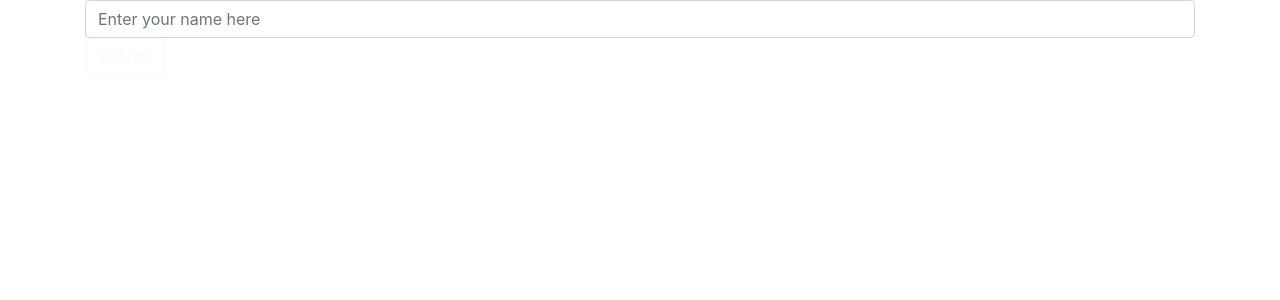
Repository: GovindParve/spring_mvc_maven_demo_one_project
Page: http://localhost/springmvcexample/home
These files come from the project's save history. The page is drawn as it stood at one moment and after the next save; the edit follows.
The browser window is 1280 px wide. The pictures show the whole page.
Some web libraries are served in a nearby version. The page is served by Tomcat 9. Other server files are loaded and not shown.

Above is the page before, as saved 2023-06-18 19:25:43.

### springmvcexample/src/main/webapp/WEB-INF/spring-servlet.xml
<?xml version="1.0" encoding="UTF-8"?>

<!-- Configuration file -->

<beans xmlns="http://www.springframework.org/schema/beans"
	xmlns:xsi="http://www.w3.org/2001/XMLSchema-instance"
	xmlns:context="http://www.springframework.org/schema/context"
	xmlns:p="http://www.springframework.org/schema/p"
	xmlns:tx="http://www.springframework.org/schema/tx"
	xmlns:mvc="http://www.springframework.org/schema/mvc"
    xsi:schemaLocation="
        http://www.springframework.org/schema/beans
        http://www.springframework.org/schema/beans/spring-beans.xsd
        http://www.springframework.org/schema/context
        http://www.springframework.org/schema/context/spring-context.xsd
        http://www.springframework.org/schema/tx
        http://www.springframework.org/schema/tx/spring-tx.xsd
        http://www.springframework.org/schema/mvc
        http://www.springframework.org/schema/mvc/spring-mvc.xsd
        ">


	<context:component-scan base-package="springmvcexample" />

	<!-- <mvc:annotation-driven />
	<mvc:resources location="/WEB-INF/resources/" mapping="/resources/**" /> -->


	<bean
		 class="org.springframework.web.servlet.view.InternalResourceViewResolver"
		 name="viewResolver">
		<property name="prefix" value="/WEB-INF/views/" />
		<property name="suffix" value=".jsp" />
	</bean>

	<!-- Configuring  Multipart Resolver -->
	<!-- <bean
		 class="org.springframework.web.multipart.commons.CommonsMultipartResolver"
		 name="multipartResolver">
		 <property name="maxUploadSize" value="2097152"></property>
	</bean> -->



</beans>

### springmvcexample/src/main/webapp/WEB-INF/views/home.jsp
<%@ taglib prefix="c" uri="http://java.sun.com/jsp/jstl/core" %>
<!doctype html>
<html lang="en">
  <head>
    <!-- Required meta tags -->
    <meta charset="utf-8">
    <meta name="viewport" content="width=device-width, initial-scale=1, shrink-to-fit=no">

    <!-- Bootstrap CSS -->
    <link rel="stylesheet"
    	 href="https://cdn.jsdelivr.net/npm/bootstrap@4.0.0/dist/css/bootstrap.min.css"
    	 integrity="sha384-Gn5384xqQ1aoWXA+058RXPxPg6fy4IWvTNh0E263XmFcJlSAwiGgFAW/dAiS6JXm"
    	 crossorigin="anonymous">


    <title>Hello, world!</title>
  </head>
  <body>
    <div class="container">
    	<form action="welcome">
    		<input type="text" name="user" placeholder="Enter your name here" class="form-control" >
    		<button type="button" class="btn btn-outline-light">Search</button>
    		</div>
    	</form>
    </div>

    <!-- Optional JavaScript -->
    <!-- jQuery first, then Popper.js, then Bootstrap JS -->
    <script src="https://code.jquery.com/jquery-3.2.1.slim.min.js" integrity="sha384-KJ3o2DKtIkvYIK3UENzmM7KCkRr/rE9/Qpg6aAZGJwFDMVNA/GpGFF93hXpG5KkN" crossorigin="anonymous"></script>
    <script src="https://cdn.jsdelivr.net/npm/popper.js@1.12.9/dist/umd/popper.min.js" integrity="sha384-ApNbgh9B+Y1QKtv3Rn7W3mgPxhU9K/ScQsAP7hUibX39j7fakFPskvXusvfa0b4Q" crossorigin="anonymous"></script>
    <script src="https://cdn.jsdelivr.net/npm/bootstrap@4.0.0/dist/js/bootstrap.min.js" integrity="sha384-JZR6Spejh4U02d8jOt6vLEHfe/JQGiRRSQQxSfFWpi1MquVdAyjUar5+76PVCmYl" crossorigin="anonymous"></script>
  </body>
</html>

### springmvcexample/src/main/java/springmvcexample/HomeController.java
package springmvcexample;

import org.springframework.stereotype.Controller;
import org.springframework.ui.Model;
import org.springframework.web.bind.annotation.RequestMapping;
import org.springframework.web.bind.annotation.RequestParam;

@Controller
public class HomeController {

	//handling for request

	@RequestMapping("/home")
	public String home() {
		return "home";
	}

	@RequestMapping("/welcome")
	public String welcome(@RequestParam("user") String name, Model model) {
		System.out.println(name);
		model.addAttribute("name", name);
		return "welcome";
	}

}

After the next save:
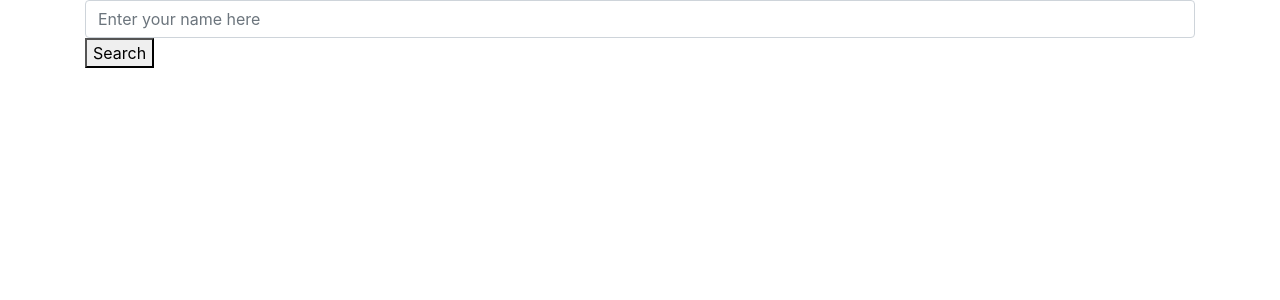
Saved 9 s later.
--- a/springmvcexample/src/main/webapp/WEB-INF/views/home.jsp
+++ b/springmvcexample/src/main/webapp/WEB-INF/views/home.jsp
@@ -19,7 +19,7 @@
     <div class="container">
     	<form action="welcome">
     		<input type="text" name="user" placeholder="Enter your name here" class="form-control" >
-    		<button type="button" class="btn btn-outline-light">Search</button>
+    		<button type="button">Search</button>
     		</div>
     	</form>
     </div>
